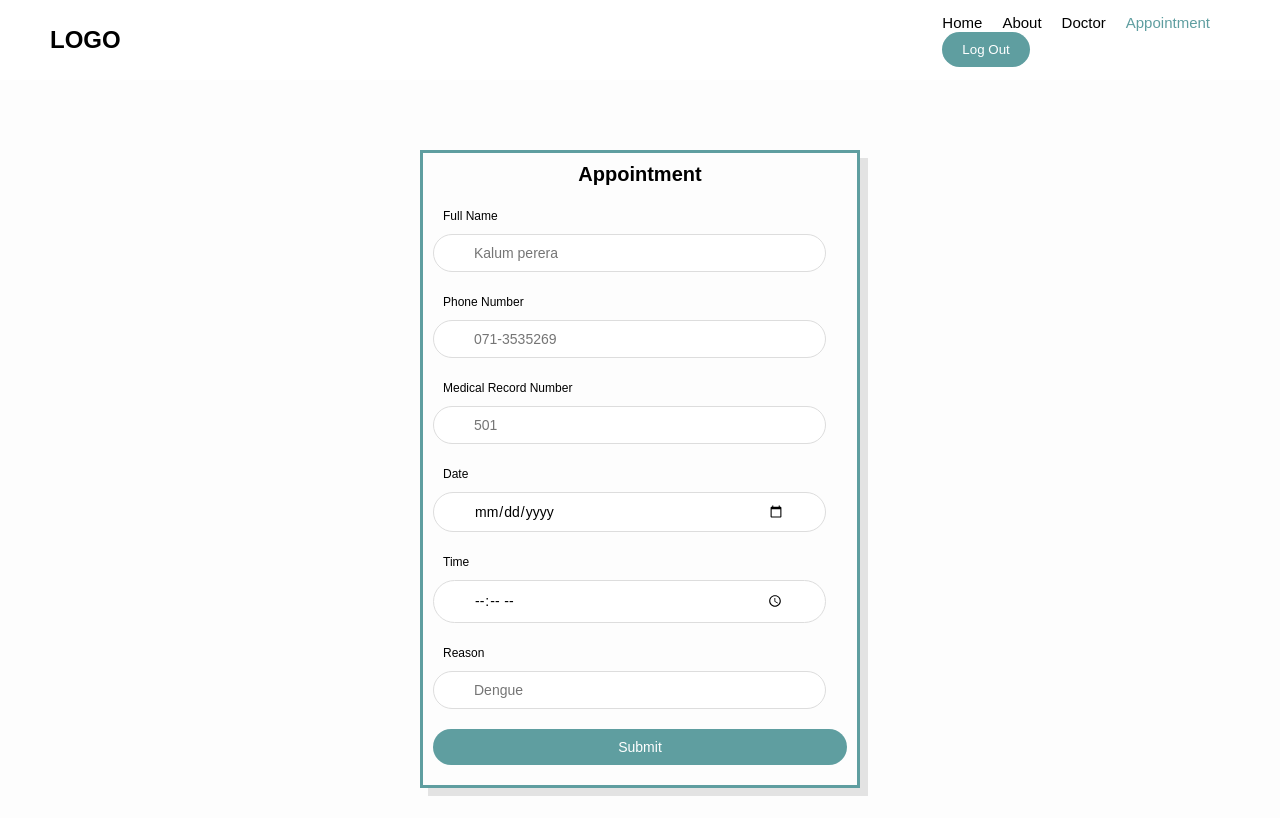
Repository: MonaliWatareka/echanneling
Page: http://localhost/PatientDemo/InsertAppointment.jsp
The author's editor kept a copy of each file at every save. The page is drawn from the files as they stood at one save, then again after the next save.
The browser window is 1280 px wide. The pictures show the whole page.
The page is served by Tomcat 10.

Above is the page before, as saved 2024-10-13 04:21:13.

After the next save:
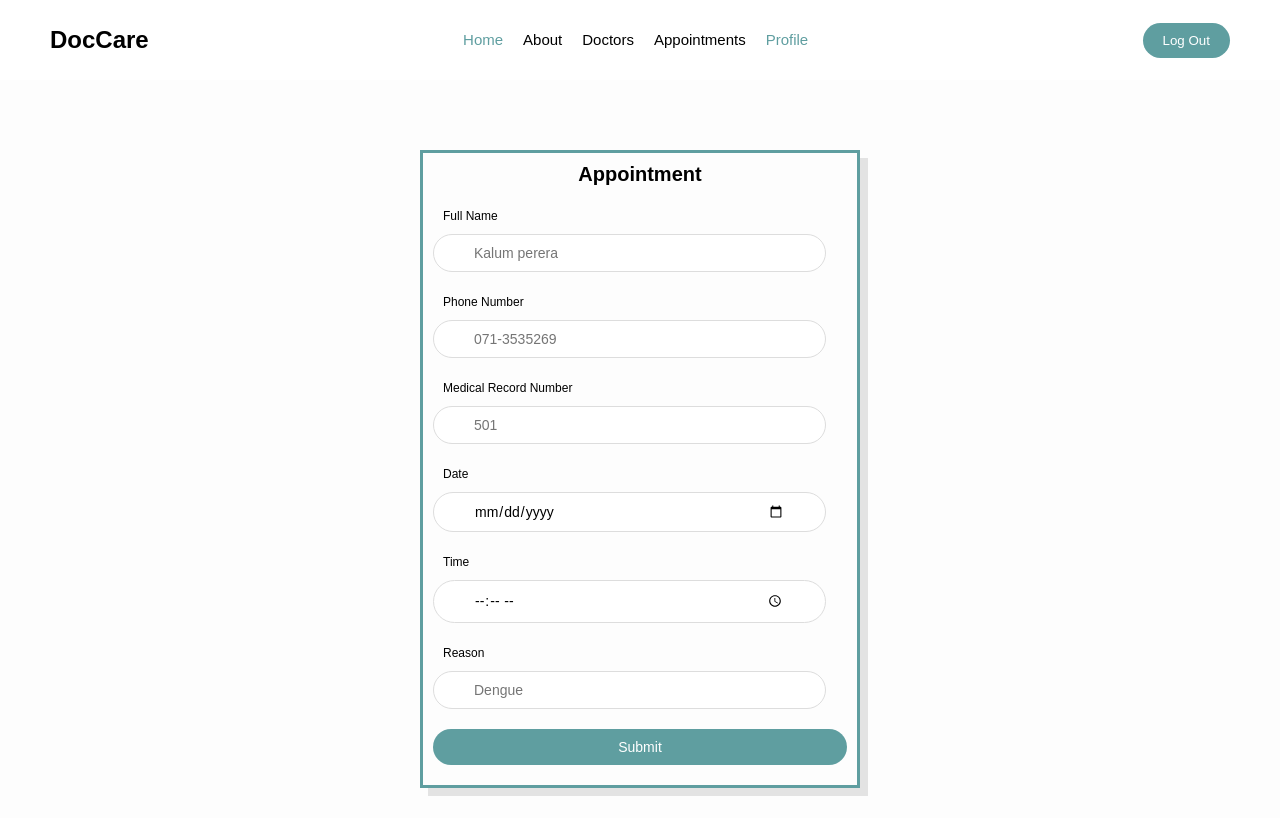
Saved 66 s later.
--- a/Project/PatientDemo/src/main/webapp/InsertAppointment.jsp
+++ b/Project/PatientDemo/src/main/webapp/InsertAppointment.jsp
@@ -9,25 +9,26 @@
 <link rel="stylesheet" href="${pageContext.request.contextPath}/css/insert.css">
 </head>
 <body>
-	<div class="nav">
+<!-- Navigation Bar -->
+    <div class="nav">
         <div class="nav-logo">
-            <p>LOGO</p>
+            <p>DocCare</p>
         </div>
         <div class="nav-menu">
             <ul>
-                <li><a href="login.html" class="link">Home</a></li>
-                <li><a href="#" class="link">About</a></li>
-                <li><a href="#" class="link">Doctor</a></li>
-                <li><a href="#" class="link active">Appointment</a></li>
-
+                <li><a href="Home.jsp" class="link active" >Home</a></li>
+                    <li><a href="About.jsp" class="link ">About</a></li>
+                    <li><a href="AvailabilityDisplayServlet" class="link ">Doctors</a></li>
+                    <li><a href="#" class="link ">Appointments</a></li>
+                    <li><a href="PatientAccServlet" class="link active">Profile</a></li>
             </ul>
-             <div class="nav-button">
+        </div>
+        <div class="nav-button">
                     <form action="logoutServlet" method="get">
                         <button type="submit" class="btn">Log Out</button>
                     </form>
                 </div>
-        </div>
-     </div>
+    </div>
      <div class="wrapper">
      	<div class="form-box">
      		<div class="form-container">
